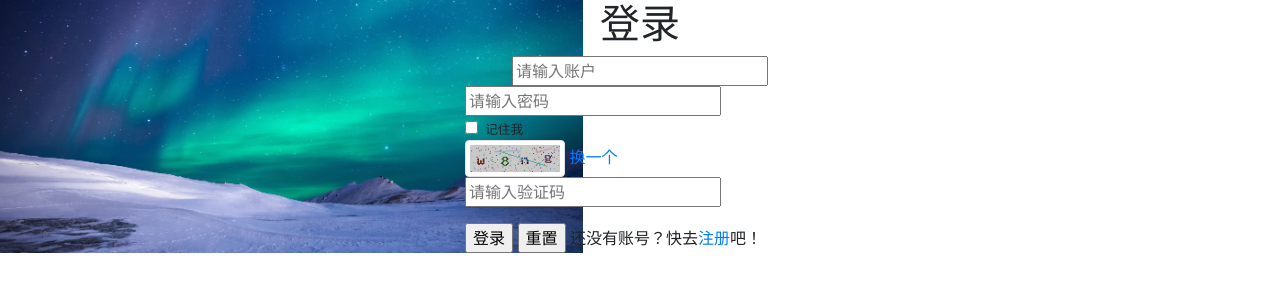
Repository: DHUAVH/Blog
Page: http://localhost/login.php
An editor plug-in stored every save of this project. The page is shown before and after the next save, followed by the edit.
The browser window is 1280 px wide. The pictures show the whole page.
Some web libraries are served in a nearby version. The page is run by PHP 8.4 with error messages shown; the project is at /var/www/html/.

Above is the page before, as saved 2020-11-29 17:14:21.

### login.php
<!DOCTYPE html>
<html lang="en">
<head>
    <meta charset="UTF-8">
    <meta name="viewport" content="width=device-width, initial-scale=1.0">
    <link rel="stylesheet" href="https://cdn.staticfile.org/twitter-bootstrap/4.3.1/css/bootstrap.min.css">
    <script src="https://cdn.staticfile.org/jquery/3.2.1/jquery.min.js"></script>
    <script src="https://cdn.staticfile.org/popper.js/1.15.0/umd/popper.min.js"></script>
    <script src="https://cdn.staticfile.org/twitter-bootstrap/4.3.1/js/bootstrap.min.js"></script>
    <title>登陆界面</title>

    <style>
        body{
            background:url(images/bg.jpg);
            background-size:contain;
            background-repeat: no-repeat;
        }
    </style>
</head>

<body>
    <div class="container">
    <h1 class="text-center">登录</h1>
    <div class="row">
        <div class="col-sm-4 offset-sm-4">    <!--使用网格系统和偏移量设置居中-->
            <form role="form" action="loginAction.php" method="POST">
                <div class="text-center">
                    <input id="ID" type="text" name="username"
                        value="<?php echo isset($_COOKIE['username']) ? $_COOKIE['username'] : "";?>"  placeholder="请输入账户" required>
                </div>

                <div>
                    <input type="password" id="lastname" name="password" placeholder="请输入密码" required>
                </div>

                <div class="form-check">
                    <label class="form-check-label">
                        <input class="form-check-input" type="checkbox"><small>记住我</small>
                    </label>
                </div>

                            <td colspan="2" class="text-center" style="color:red;font-size:10px;">
                                 <?php
                                    $err = isset($_GET["err"]) ? $_GET["err"] : "";
                                    switch($err){
                                        case 1:
                                            // 可取消的警告框
                                            echo "<div class='alert alert-danger alert-dismissible fade show' role='alert'>";
                                            echo "<strong>用户名或密码错误!请检查用户名或重新输入密码！</strong>";
                                            echo "<button type=button' class='close' data-dismiss='alert' aria-label='Close'>";
                                            echo "<span aria-hidden='true'>&times;</span>";
                                            echo "</button>";
                                        break;

                                        case 2:
                                            // 可取消的警告框
                                            echo "<div class='alert alert-waring alert-dismissible fade show' role='alert'>";
                                            echo "<strong>警告!用户名和密码不能为空！</strong>";
                                            echo "<button type=button' class='close' data-dismiss='alert' aria-label='Close'>";
                                            echo "<span aria-hidden='true'>&times;</span>";
                                            echo "</button>";
                                        break;

                                        case 3:
                                            // 可取消的警告框
                                            echo "<div class='alert alert-danger alert-dismissible fade show' role='alert'>";
                                            echo "<strong>验证码错误!请重新输入验证码！</strong>";
                                            echo "<button type=button' class='close' data-dismiss='alert' aria-label='Close'>";
                                            echo "<span aria-hidden='true'>&times;</span>";
                                            echo "</button>";
                                        break;
                                    }
                                ?>

                                <img id="captcha" src="captcha.php?r=<?php echo rand();?>" width="100" class="img-thumbnail">
                                <a href="javascript:void(0)" onclick="document.getElementById('captcha').src='captcha.php?r='+Math.random()">换一个</a><br>
                                <input type="text" name="authcode" placeholder="请输入验证码" required></p>


                            <td class="text-center" colspan="2">
                                <input type="submit" name="login" value="登录">
                                <input type="reset" name="reset" value="重置">


                            <td class="text-center" colspan="2" >还没有账号？快去<a href="register.php">注册</a>吧！</td>
                </form>
                </div>

            </div>
        </div>
    </div>
</body>
</html>

### captcha.php
<?php
  session_start();

  $image = imagecreatetruecolor(100,30);
  $bgcolor = imagecolorallocate($image,200,200,200);
  imagefill($image,0,0,$bgcolor);

  //验证码内容
  $captcha_code = '';
  for($i=0;$i<4;$i++){
      $fontsize = 5;
      $x = ($i*100 / 4) + rand(5,10);
      $y = rand(5,10);
      $data = 'abcdefghkmnprstuvwx345678';
      $str = $data[rand(0,strlen($data))];
      $captcha_code .= $str;
      $fontcolor = imagecolorallocate($image,rand(0,120),rand(0,120),rand(0,120));
      imagestring($image,$fontsize,$x,$y,$str,$fontcolor);
  }

  $_SESSION['authcode'] = $captcha_code;

  //增加点干扰元素
  for($i=0;$i<200;$i++){
      $pointcolor = imagecolorallocate($image,rand(50,200),rand(50,200),rand(50,200));
      imagesetpixel($image,rand(1,99),rand(1,29),$pointcolor);
  }

  //增加线干扰元素
  for($i=0;$i<4;$i++){
      $linecolor = imagecolorallocate($image,rand(80,220),rand(80,220),rand(80,220));
      imageline($image,rand(1,99),rand(1,29),rand(1,99),rand(1,29),$linecolor);
  }


  header('content-type:image/png');    //输出图片的信息
  imagepng($image);   //输出图片

  imagedestroy($image);
?>

After the next save:
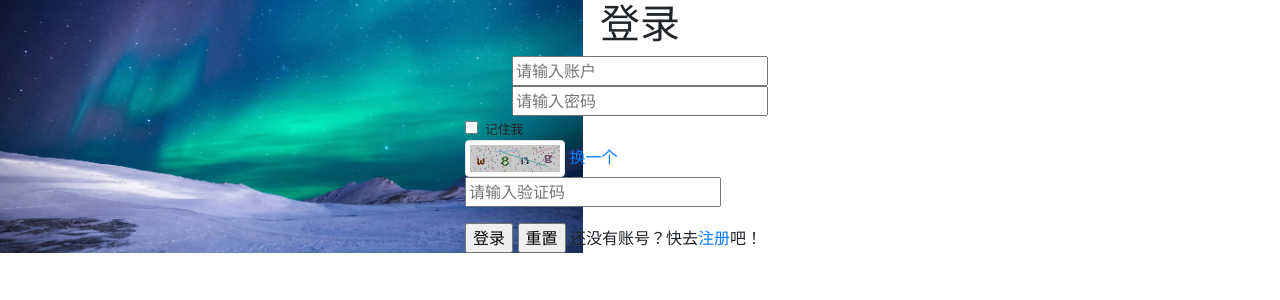
Saved 11 s later.
--- a/login.php
+++ b/login.php
@@ -29,7 +29,7 @@
                         value="<?php echo isset($_COOKIE['username']) ? $_COOKIE['username'] : "";?>"  placeholder="请输入账户" required>
                 </div>
 
-                <div>
+                <div class="text-center">
                     <input type="password" id="lastname" name="password" placeholder="请输入密码" required>
                 </div>
 
